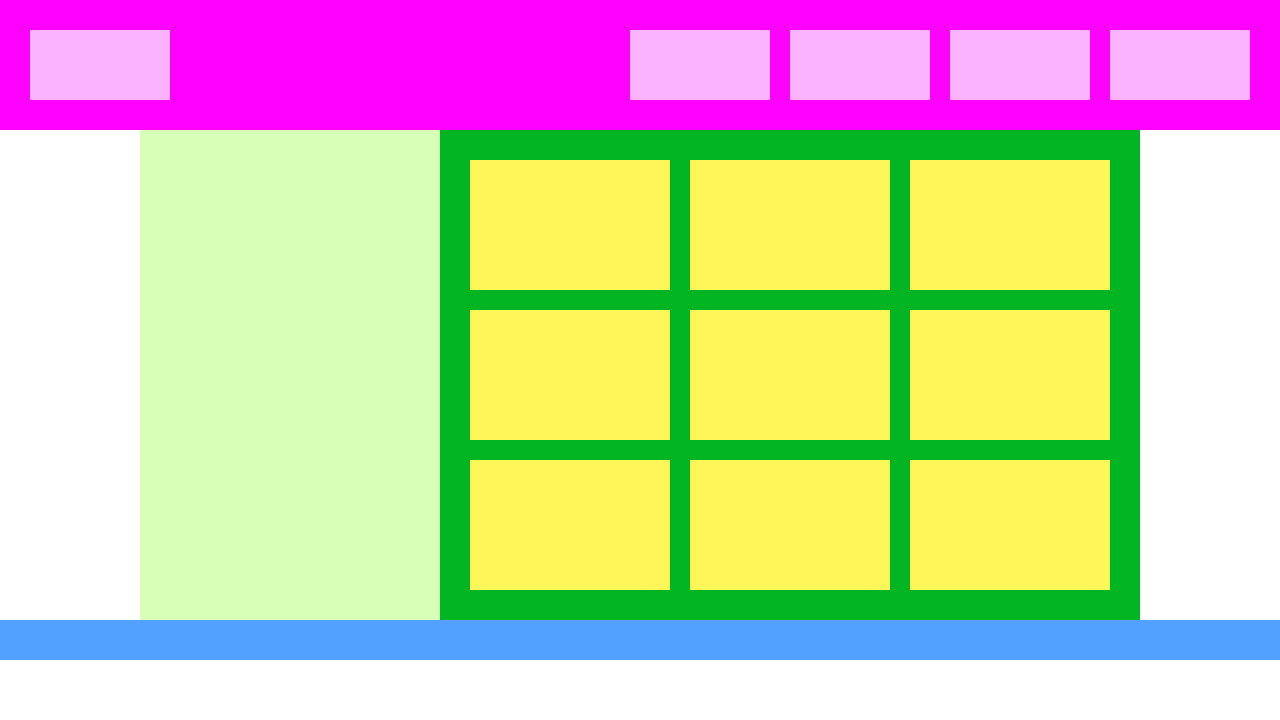
Repository: YabuYoshi/Bookers1
Page: flex/flex.html
The author's editor kept a record of every edit. The page is drawn from the files as they stood at one moment, then again after the next edit.
The browser window is 1280 px wide. The pictures show the whole page.

Above is the page before.

After the next edit:
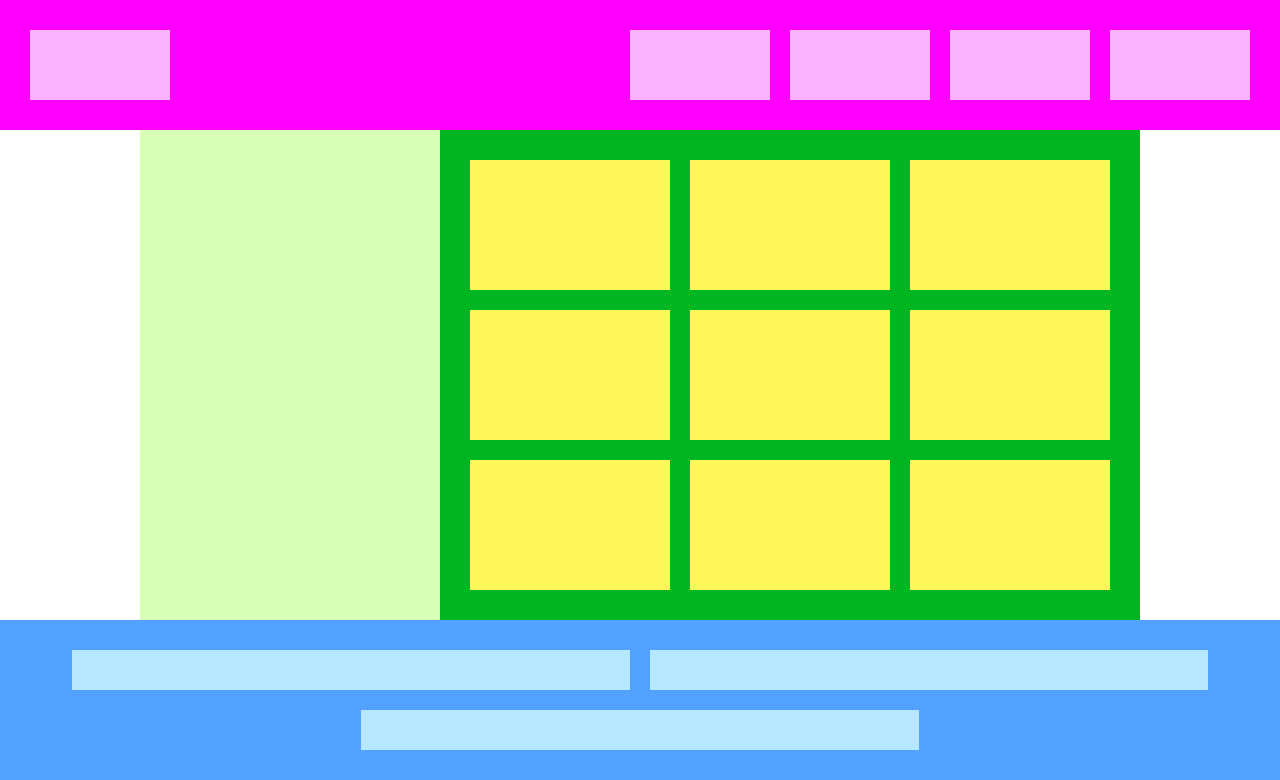
The edit:
--- a/flex/flex.html
+++ b/flex/flex.html
@@ -30,7 +30,7 @@
       </div>
     </div>
 
-    <div class="footer"></div>
+    <div class="footer">
       <div></div>
       <div></div>
       <div></div>
